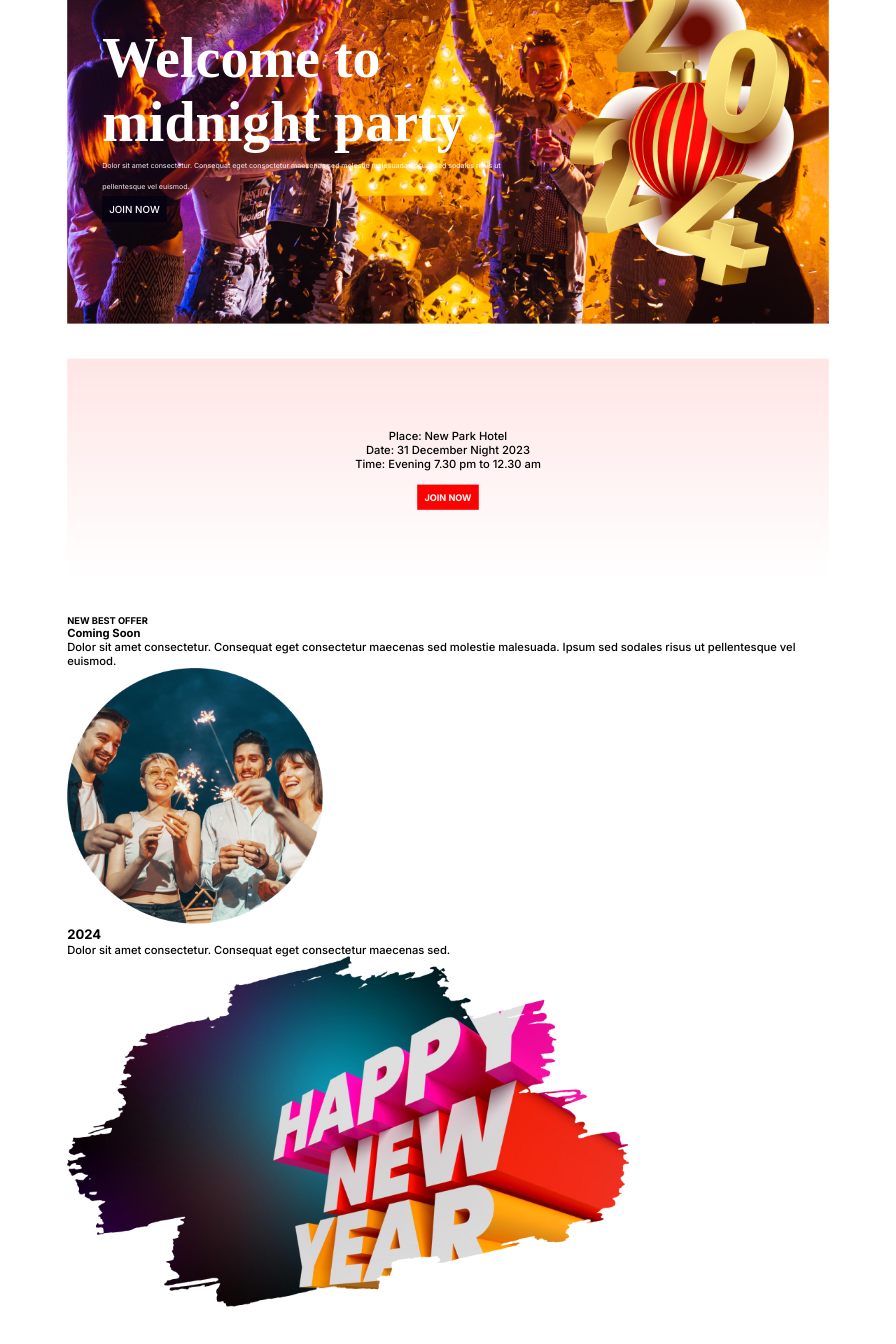
Repository: sumonkumarsarkar/new-year-2024
Page: index.html
The author's editor kept a copy of each file at every save. The page is drawn from the files as they stood at one save, then again after the next save.
The browser window is 1280 px wide. The pictures show the part of the page from y = 1556 to 3476 px (the page is 3476 px tall before and 3116 px after), at 70% of full size.

Above is the page before, as saved 2024-01-08 12:49:10.

After the next save:
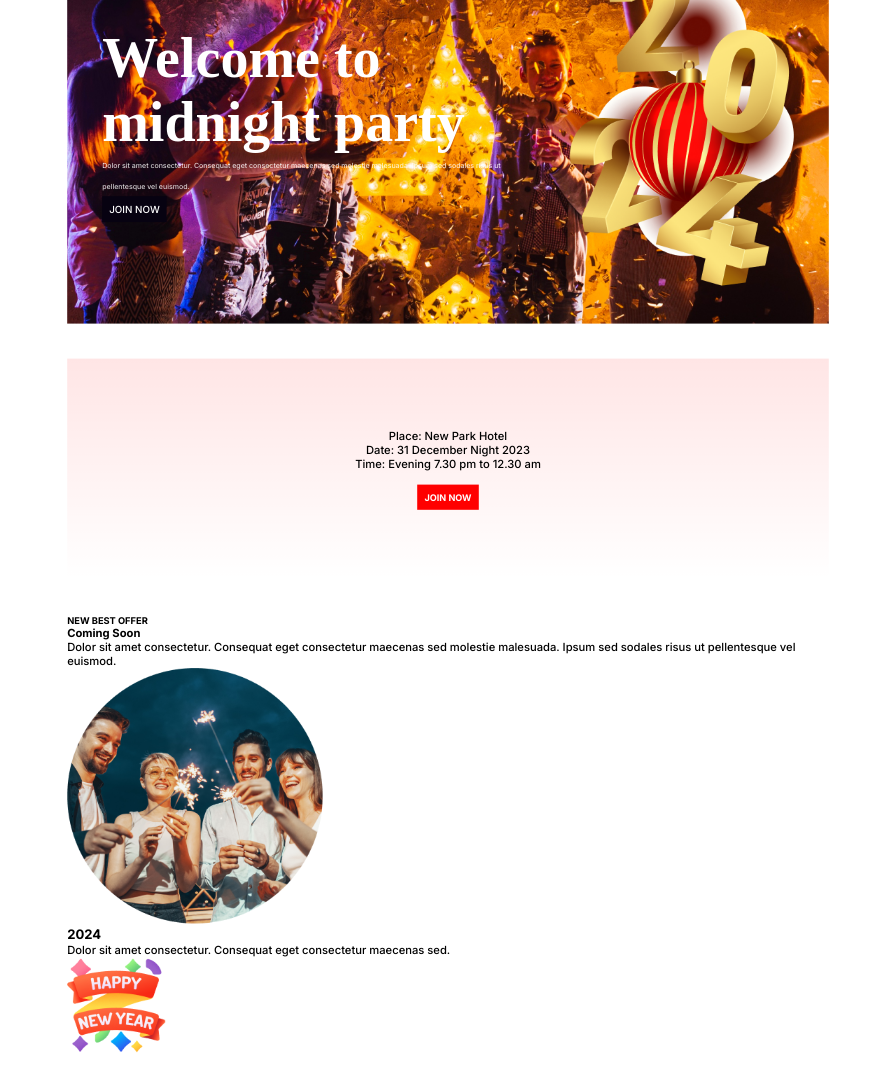
Saved 63 s later.
--- a/index.html
+++ b/index.html
@@ -85,7 +85,7 @@
             <div class="offer-text-img">
                 <h3>2024</h3>
                 <p>Dolor sit amet consectetur. Consequat eget consectetur maecenas sed.</p>
-                <img src="./image/New Year Photo.png" alt="">
+                <img src="./image/Group 96.png" alt="">
             </div>
 
         </div>
